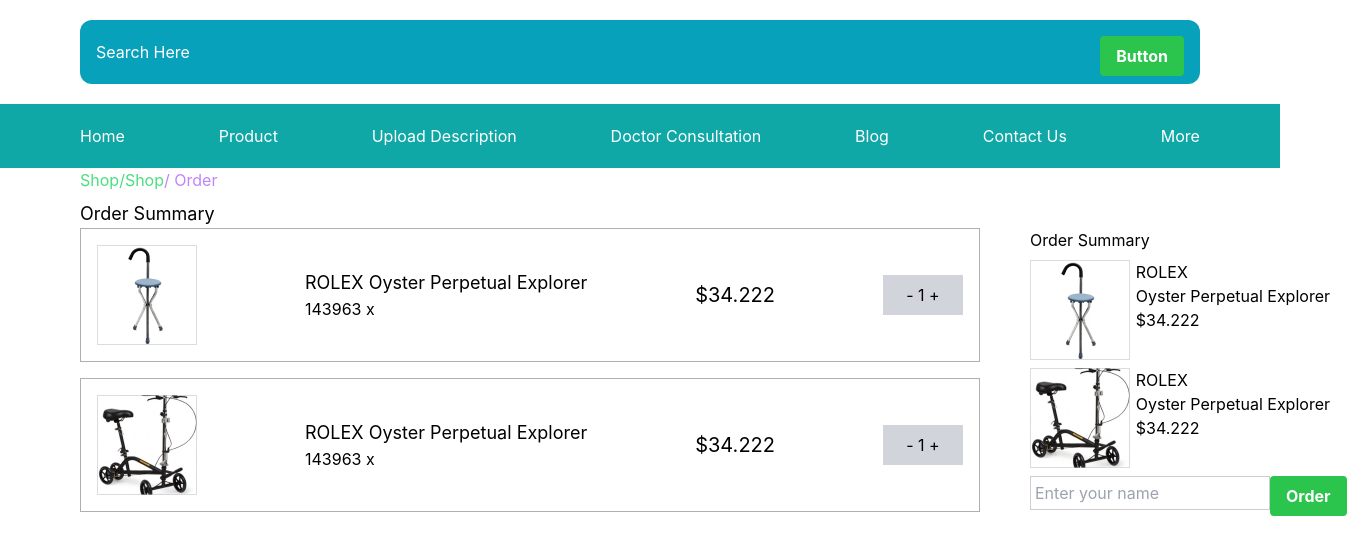
Repository: arafatmollah/pharma
Page: /
These files come from the project's save history. The page is drawn as it stood at one moment and after the next save; the edit follows.
The browser window is 1280 px wide. The page is 1347 px wide, then 1365 px, so the pictures cover 1365 px, including what lies to the right of the window. The pictures show the whole page.
The project was rebuilt for these pictures with package versions that can differ from the ones it lists, and the page was loaded fresh each time.

Above is the page before, as saved 2023-03-12 22:18:54.

### src/App.js

import './App.css';
import Nav from './Nav';
import Order from './Order';

function App() {
  return (
    <div className="App">
      <Nav></Nav>
      <Order></Order>
    </div>
  );
}

export default App;

### src/App.css
.box-border{
    background-color: #08A1BC;
}
.btn {
    @apply font-bold py-2 px-4 rounded;
    background-color: #2BC44C;
    color: white;
  }
  .btn-blue {
    @apply bg-blue-500 text-white;
  }
  .btn-blue:hover {
    @apply bg-blue-700;
  }
.nav{
    background-color: #0FA8A6;
}
.order{
    border: 1px solid rgb(175, 175, 175);
    border: 100%;
}
.list{
  display: grid;
  grid-template-columns: 900px 300px;
  grid-gap: 50px;
}
.form{
  border: 1px solid rgb(207, 205, 205);
  padding: 4px;
}

### src/Nav.js
import React from 'react'
import './App.css';

function Nav() {
  return (
    <div>
        <div className='box-border h-16 w-100 p-4 mx-20 my-5 rounded-xl'>
          <div className='flex justify-between align-middle'>
                <p className='text-white mt-1'>Search Here</p>
                <button class="btn mb-1"> Button</button>
          </div>
        </div>
        <div className='box-border h-16 w-100 nav'>
            <div className='flex mx-20 items-center justify-between text-white'>
            <div className='mt-5'>Home</div>
            <div className='mt-5'> Product</div>
            <div className='mt-5'>Upload Description</div>
            <div className='mt-5'>Doctor Consultation</div>
            <div className='mt-5'>Blog</div>
            <div className='mt-5'>Contact Us</div>
            <div className='mt-5'>More</div>
            </div>
        </div>
    </div>
  )
}

export default Nav

### src/Order.js
import React from 'react'
import img from './images/img.png'
import im from './images/im.png'

function order() {
  return (
    <div>
        <div className='flex mx-20'>
            <p className='text-green-400'>Shop</p>
            <p className='text-green-400'>/Shop</p>
            <p className='text-purple-400'>/ Order</p>
        </div>
        <div className='mt-2 mx-20'>
          <h3 className='text-lg'>Order Summary</h3>
        </div>
        <div className='mx-20 list'>
          <div>
          <div className='flex border-box p-4 w-100 order justify-center items-center justify-between'>
            <div>
              <img src={img}></img>
            </div>
            <div>
              <h1 className='text-lg'>ROLEX Oyster Perpetual Explorer</h1>
              <p>143963 x</p>
            </div>
            <div>
              <h3 className='text-xl'>$34.222</h3>
            </div>
            <div className='bg-gray-300 h-10 w-20 flex justify-center items-center'>
                - 1 +
              </div>
          </div>
          <div className='flex border-box p-4 order mt-4 justify-between justify-center items-center'>
            <div>
              <img src={im}></img>
            </div>
            <div>
              <h1 className='text-lg'>ROLEX Oyster Perpetual Explorer</h1>
              <p>143963 x</p>
            </div>
            <div>
              <h3 className='text-xl'>$34.222</h3>
            </div>
            <div>
              <div className='bg-gray-300 h-10 w-20 flex justify-center items-center'>
                - 1 +
              </div>
            </div>
          </div>
          </div>
          <div>
            Order Summary
          <div className='flex justify-between my-2'>
            <img src={img}></img>
            <div>
              <p>ROLEX</p>
              <h3>Oyster Perpetual Explorer</h3>
              <p>$34.222</p>
            </div>
          </div>
          <div className='flex justify-between my-2'>
            <img src={im}></img>
            <div>
              <p>ROLEX</p>
              <h3>Oyster Perpetual Explorer</h3>
              <p>$34.222</p>
            </div>
          </div>
          <div className='flex justify-between'>
            <form>
              <input type={Text} className="form w-60" placeholder="Enter your name"></input>
            </form>
            <button className='btn'>Order</button>
          </div>
        </div>
        </div>

    </div>
  )
}

export default order

Loaded but not shown: public/index.html (common file); src/index.js (common file); src/index.css (common file); src/reportWebVitals.js (common file); tailwind.config.js (common file)

After the next save:
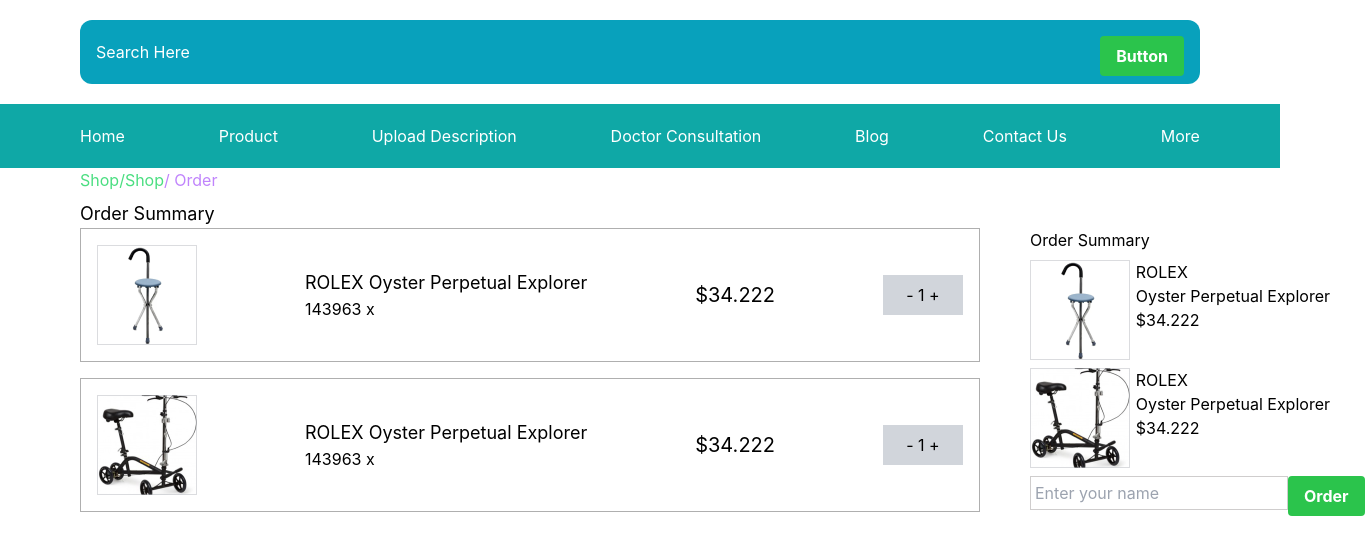
Saved 6 s later.
--- a/src/Order.js
+++ b/src/Order.js
@@ -68,7 +68,7 @@ function order() {
           </div>
           <div className='flex justify-between'>
             <form>
-              <input type={Text} className="form w-60" placeholder="Enter your name"></input>
+              <input type={Text} className="form w-50" placeholder="Enter your name"></input>
             </form>
             <button className='btn'>Order</button>
           </div>
